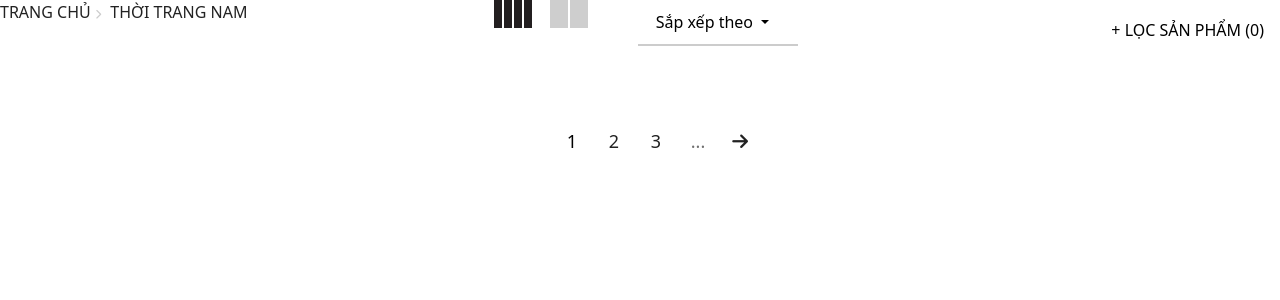
Repository: NguyenQuangQuan021099/FE_Page-Male
Page: index.html
These files come from the project's save history. The page is drawn as it stood at one moment and after a run of saves; the edit follows.
The browser window is 1280 px wide. The pictures show the whole page.
The page's requests for data from a server got no answer. Some web libraries are served in a nearby version.

Above is the page before, as saved 2021-07-08 11:06:05.

After the next 3 saves:
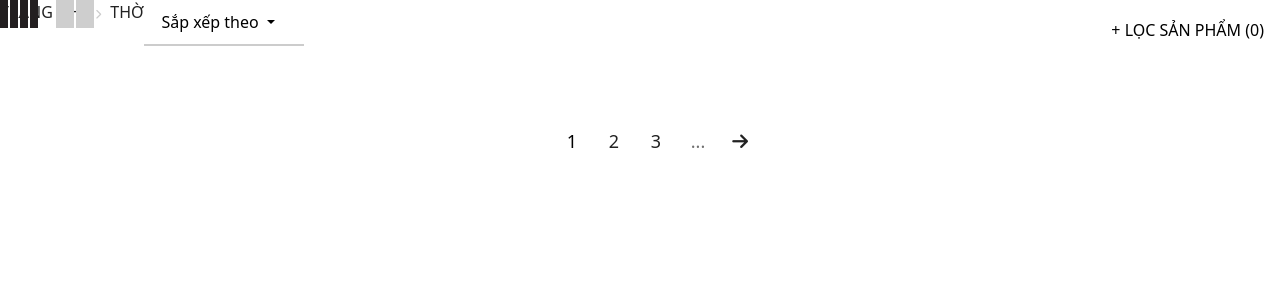
The 3 saves are shown as one change because they came seconds apart.
The last was saved 11 s later.
--- a/style.css
+++ b/style.css
@@ -21,6 +21,8 @@ a, a:hover{
 
 .nav-2{
     display: flex;
+    position: absolute;
+    ri
 }
 
 .toolbar__product a{
